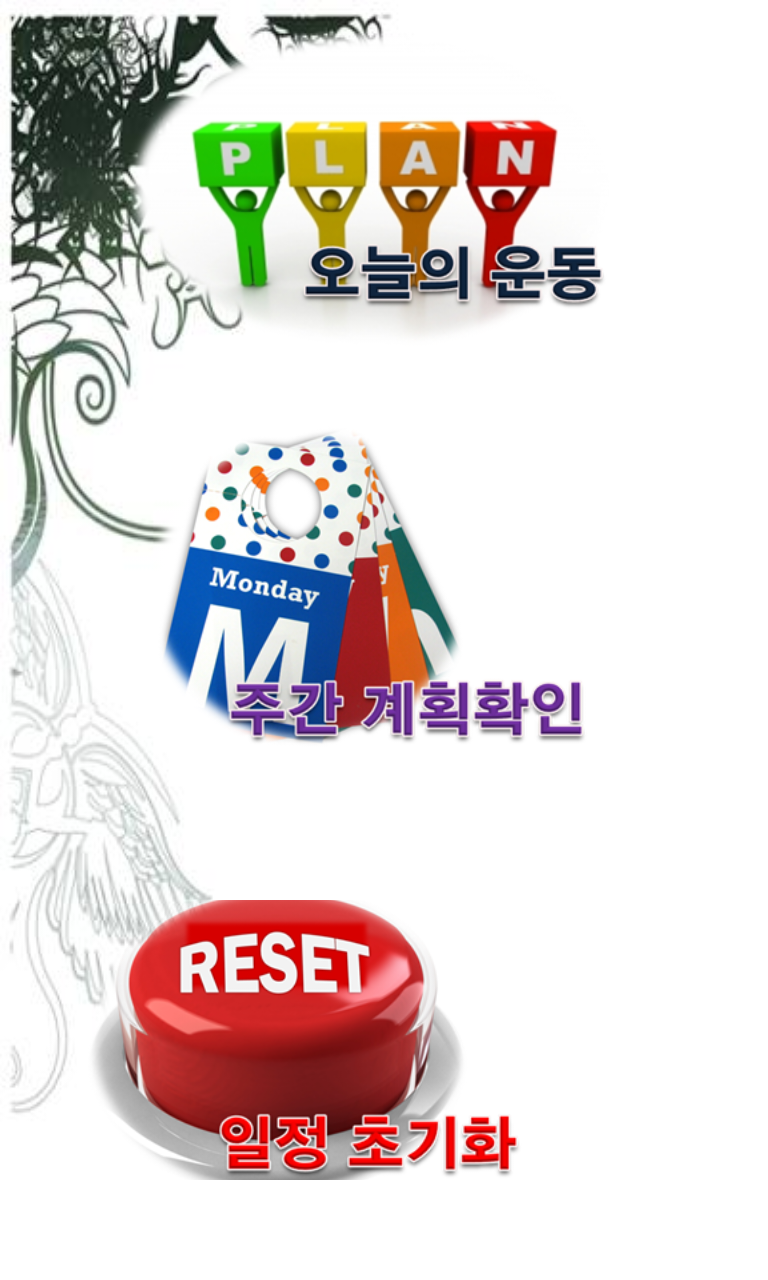
Repository: LewisLim579/2013TeamProject
Layout: PtsApp/res/layout/fschedule.xml
An editor plug-in stored every save of this project. The layout is shown before and after the next save, followed by the edit.
It is drawn on a 768 x 1280 px phone screen (xhdpi) without system bars, with theme android:Theme.NoTitleBar.Fullscreen; the app's code is not run.

Above is the layout before, as saved 2013-06-12 18:24:24.

### PtsApp/res/layout/fschedule.xml
<LinearLayout xmlns:android="http://schemas.android.com/apk/res/android"
    android:layout_width="fill_parent"
    android:layout_height="fill_parent"
    android:orientation="vertical"
    android:background="@drawable/back" >

    <LinearLayout
        android:layout_width="match_parent"
        android:layout_height="200dp"
        android:orientation="vertical" >

        <ImageButton
            android:id="@+id/todayexercise"
            android:layout_width="296dp"
            android:layout_height="wrap_content"
            android:layout_gravity="center"
            android:layout_marginBottom="10dp"
            android:layout_marginTop="10dp"
            android:background="#00000000"
            android:src="@drawable/today" />
    </LinearLayout>

   <LinearLayout
       android:layout_width="match_parent"
       android:layout_height="200dp"
       android:orientation="vertical" >

       <ImageButton
           android:id="@+id/btn2"
           android:layout_width="match_parent"
           android:layout_height="wrap_content"
           android:layout_marginBottom="10dp"
           android:layout_marginTop="10dp"
           android:background="#00000000"
           android:layout_gravity="center"
           android:src="@drawable/week" />
   </LinearLayout>

   <LinearLayout
       android:layout_width="wrap_content"
       android:layout_height="200dp"
       android:orientation="vertical" >

       <ImageButton
           android:id="@+id/btn3"
           android:layout_width="320dp"
           android:layout_height="wrap_content"
           android:layout_gravity="center"
           android:layout_marginBottom="10dp"
           android:layout_marginTop="50dp"
           android:background="#00000000"
           android:src="@drawable/reset" />
   </LinearLayout>

</LinearLayout>

After the next save:
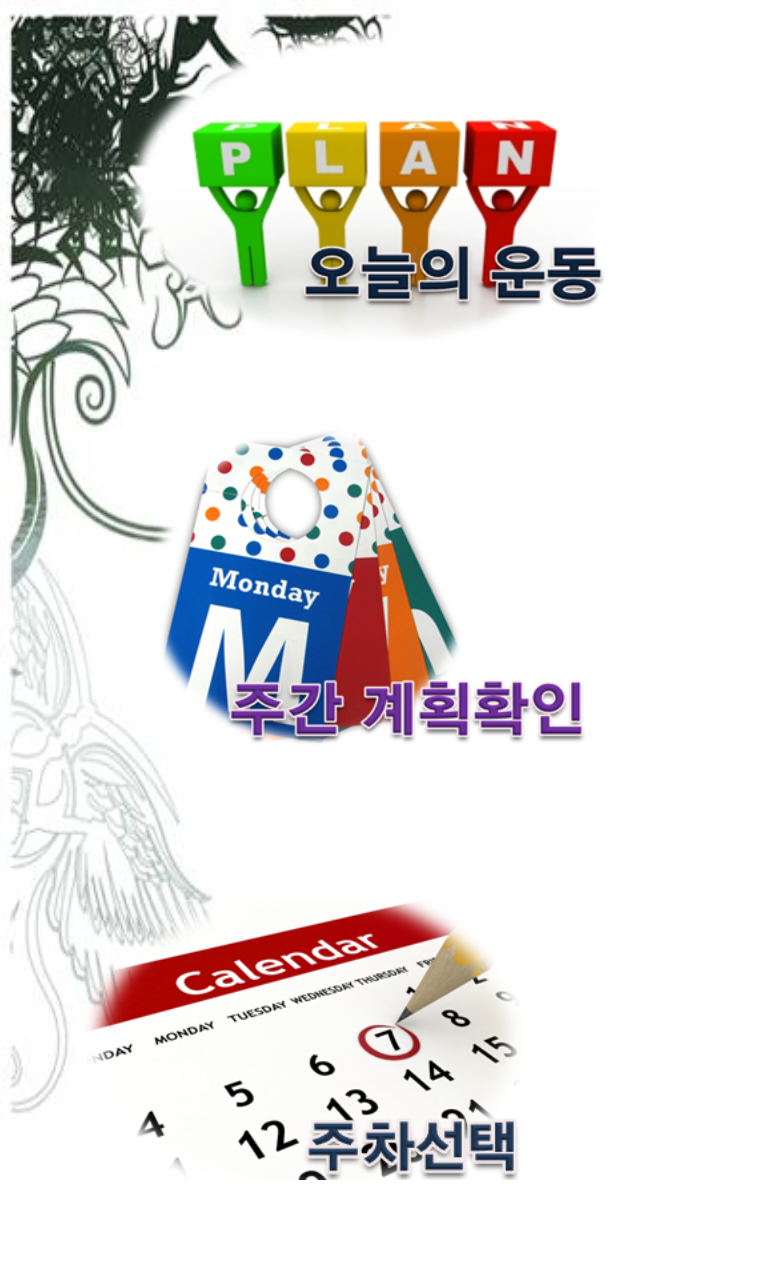
Saved 3 min 47 s later.
--- a/PtsApp/res/layout/fschedule.xml
+++ b/PtsApp/res/layout/fschedule.xml
@@ -49,7 +49,7 @@
            android:layout_marginBottom="10dp"
            android:layout_marginTop="50dp"
            android:background="#00000000"
-           android:src="@drawable/reset" />
+           android:src="@drawable/nextweek" />
    </LinearLayout>
 
 </LinearLayout>
